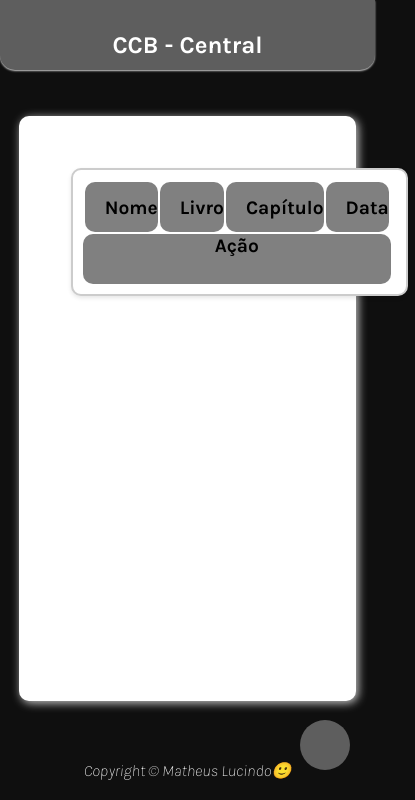
Repository: Matheus904-12/API-da-CCB
Page: index.html
An editor plug-in stored every save of this project. The page is shown before and after the next save, followed by the edit.
The browser window is 375 px wide. The page is 410 px wide, then 415 px, so the pictures cover 415 px, including what lies to the right of the window. The pictures show the whole page.

Above is the page before, as saved 2024-01-14 01:30:45.

### index.html
<!DOCTYPE html>
<html lang="pt-BR">

<head>
    <meta charset="UTF-8">
    <meta http-equiv="X-UA-Compatible" content="IE=edge">
    <meta name="viewport" content="width=device-width, initial-scale=1.0">
    <link rel="preconnect" href="https://fonts.gstatic.com">
    <link href="https://fonts.googleapis.com/css2?family=Karla:ital,wght@0,400;0,700;1,200;1,800&display=swap"
        rel="stylesheet">
    <link rel="stylesheet" href="principal.css">
    <link rel="stylesheet" href="botao.css">
    <link rel="stylesheet" href="registros.css">
    <link rel="stylesheet" href="modal.css">
    <link rel="stylesheet" href="chat.css">
    <script src="script.js" defer></script>
    <title>CCB - Central</title>
</head>

<body>
    <header>

        <h1 class="header-title">CCB - Central</h1>
    </header>
    <br>
    <br>
    <br>
    <br>
    <main>
        <button type="button" class="button blue mobile" id="cadastrarCliente">Adicionar Recitativo</button>
        <table id="tableClient" class="records">
            <thead>
                <tr>
                    <th>Nome</th>
                    <th>Livro</th>
                    <th>Capítulo</th>
                    <th>Data</th>
                    <th>Ação</th>
                </tr>
            </thead>
            <tbody>

            </tbody>
        </table>
        <div class="modal" id="modal">
            <div class="modal-content">
                <header class="modal-header">
                    <h2>Recitativo</h2>
                    <span class="modal-close" id="modalClose">&#10006;</span>
                </header>
                <form id="form" class="modal-form">


                    <input type="text" id="nome" data-index="new" class="modal-field" placeholder="Nome"
                        required>

                    <input type="text" id="livro" class="modal-field" placeholder="Livro" required>

                    <input type="number" id="capitulo" class="modal-field" placeholder="Capítulo" required>

                    <input type="number" id="versiculo" class="modal-field" placeholder="Versículo" required>

                    <input type="date" id="data" class="modal-field" placeholder="Data" required>

                    <label for="auxiliar">Auxiliar</label>
                        <select id="auxiliar" class="modal-field">
                            <option value="none">Nenhum</option>
                            <option value="aline">Aline Gomes Santos</option>
                            <option value="alfredo">Alfredo Bruske Schuster</option>
                            <option value="alef">Alef Vinicius</option>
                            <option value="jose">José Victor Zeller Gonçalves</option>
                            <option value="jonas">Jonas Amorim Lopes da Silva</option>
                            <option value="loraine">Loraine de Assis Souza</option>
                            <option value="natalia">Natália de Sena Marques</option>
                        </select>


                </form>
                <footer class="modal-footer">
                    <button id="salvar" class="button green">Salvar</button>
                    <button id="cancelar" class="button blue">Cancelar</button>
                </footer>
            </div>
        </div>
    </main>
    <footer>
        Copyright &copy; Matheus Lucindo🙂
    </footer>
</body>

</html>

### principal.css
*{
    padding: 0;
    margin: 0;
    box-sizing: border-box;
}

:root{
    --primary-color: #5e5e5e;
    --secundary-color: #bdbd00;
    --shadow-color: #CCC;
    --text-color: #FFF;
}

body{
    min-height: 100vh;
    display: flex;
    flex-direction: column;
    font-family: 'karla', sans-serif;
    position:relative;
    background-color: #0f0f0f;
}

header{
    background-color: var(--primary-color);
    height: 70px;
    text-align: center;
    line-height: 70px;
    box-shadow: 0 1px 2px var(--shadow-color);
    border-radius: 0px 0px 15px 15px;
}

.header-title{
    color: white;
    font-size: 2rem;
}

main{
    flex-grow: 1;
    display: flex;
    flex-direction: column;
    align-items: flex-start;
    width: 90%;
    margin: 5vh auto;
    padding: 50px;
    box-shadow: 2px 2px 10px var(--shadow-color);
    gap: 20px;
    border-radius: 10px;
    background-color: #ffffff;
}

main, th {
}

footer{
    width:100;
    text-align: center;
    font-weight: 200;
    font-style: italic;
    padding: 20px;
    color: white;
}

### botao.css
.button{
    border-style: none;
    height: 40px;
    padding: 6px 12px;
    background-color: black;
    color: white;
    font-size: 1rem;
    cursor: pointer;
    transition: box-shadow .6s ease;
    border-radius: 10px;
}

.button.blue{
    background-color: #bdbd00;
}

button.green{
    background-color: #13CE66;
}

button.red{
    background-color: #FF4949;
}

.button:hover{
    box-shadow: inset 200px 0 0 #00000055;
}

/* Estilização da barra de rolagem */
::-webkit-scrollbar {
    width: 12px; /* Largura da barra de rolagem */
    border-radius: 10px;
}

::-webkit-scrollbar-thumb {
    background-color: #dbc834; /* Cor do polegar da barra de rolagem */
    border-radius: 100px; /* Borda do polegar da barra de rolagem */
}

::-webkit-scrollbar-track {
    display: none;
}

::-webkit-scrollbar-thumb:hover {
    background-color: #bdbd00; /* Cor do polegar da barra de rolagem ao passar o mouse sobre ele */
}

### registros.css
.records{
    width: 100%;
    user-select: none;
    text-align: left;
}

.records th{
    height: 50px;
    background-color:gray;
    padding-left: 20px;
    font-size: 1.2rem;
    border-radius: 10px;
}
.records td{
    height: 50px;
    padding-left: 20px;
    border-radius: 10px;
}

.records th:last-child,
.records td:last-child{
    padding: 0;
    min-width: 140px;
    text-align: center;
}

.records tr:hover{
    background-color: var(--secundary-color);
}

.records tr {
    border-radius: 10px;
}

### modal.css
.modal{
    position: fixed;
    top:0;
    left:0;
    width: 100%;
    height: 100%;
    background: #00000090;
    opacity: 0;
    z-index: -1;
}

.modal.active{
    opacity: 1;
    z-index: 1;
}

.modal-content{
    display: flex;
    flex-direction: column;
    gap:20px;
    width: 50vw;
    margin: 15vh auto;
    padding-bottom: 20px;
    background-color: white;
    box-shadow: 1px 1px 10px black;
    border-radius: 15px;
}

.modal-header{
    display: flex;
    position: relative;
    justify-content: center;
    height: 40px;
    line-height: 40px;
    font-size: 1rem;
    border-radius: 10px;
}

.modal-header, #h2 {
    color: white
}

.modal-close{
    position: absolute;
    right: 0;
    display: block;
    width: 40px;
    height: 40px;
    text-align: center;
    user-select: none;
    cursor: pointer;
    border-radius: 10px;
}

.modal-close:hover{
    background-color: #FF4949;
    color: white;
}

.modal-form{
    display: flex;
    justify-content: space-between;
    flex-wrap: wrap;
    gap: 20px;
    padding: 0 20px;
}

.modal-field{
    width: calc(50% - 10px);
    height: 40px;
    outline-style: none;
    border-style: none;
    box-shadow: 0 0 2px black;
    padding: 0 10px;
    font-size:1rem;
    border-radius: 10px;
}

.modal-field:focus{
    border: 2px solid var(--primary-color);
    box-shadow: 0 0 3px var(--primary-color);
}


.modal-footer{
    background-color: inherit;
    text-align: right;
    padding: 0 20px;
}

### chat.css
@media (max-width: 480px) {
    header {
        position: fixed;
        width: 100%;
        background-color: var(--primary-color);
        z-index: 1000;
    }

    .header-title {
        font-size: 1.5rem;
        color: white;
        padding: 10px;
        text-align: center;
    }

    .button.mobile {
        font-size: 0;
        width: 50px;
        height: 50px;
        border-radius: 50%;
        position: fixed;
        top: 90vh;
        left: 80vw;
        background-color: var(--primary-color);
        border: none;
        display: flex;
        align-items: center;
        justify-content: center;
        z-index: 1001;
    }

    .button.mobile img {
        width: 60%;
        height: 60%;
        filter: invert(1);
    }

    .records th.mobile,
    .records td.mobile {
        display: none;
    }

    .records tr {
        border-radius: 10px;
        display: block;
        margin-bottom: 20px;
        border: 2px solid #ccc;
        background-color: white;
        box-shadow: 0 2px 4px rgba(0, 0, 0, 0.1);
        padding: 10px;
        padding-right: 15px;
    }

    .records td {
        display: flex;
        flex-wrap: wrap;
        justify-content: space-between;
        margin: 10px 0;
    }

    .records th:last-child,
    .records td:last-child {
        padding: 0;
        min-width: 140px;
        text-align: center;
        display: block;
        margin: 0 auto;
    }

    .modal {
        top: 100%;
        transition: all 1s ease;
        background-color: rgba(0, 0, 0, 0.5);
        display: flex;
        align-items: center;
        justify-content: center;
    }

    .modal.active {
        top: 0;
    }

    .modal-content {
        margin: 0;
        width: 90%;
        max-width: 400px;
        background-color: white;
        box-shadow: 0 2px 4px rgba(0, 0, 0, 0.1);
        border-radius: 10px;
        padding: 20px;
        position: relative;
    }

    .modal-field {
        width: 100%;
        margin-bottom: 15px;
        padding: 10px;
        border: 1px solid #ccc;
        border-radius: 5px;
        box-sizing: border-box;
    }
}

### script.js
'use strict'

const openModal = () => document.getElementById('modal')
    .classList.add('active')

const closeModal = () => {
    clearFields()
    document.getElementById('modal').classList.remove('active')
}


const getLocalStorage = () => JSON.parse(localStorage.getItem('db_client')) ?? []
const setLocalStorage = (dbClient) => localStorage.setItem("db_client", JSON.stringify(dbClient))

// CRUD - create read update delete
const deleteClient = (index) => {
    const dbClient = readClient()
    dbClient.splice(index, 1)
    setLocalStorage(dbClient)
}

const updateClient = (index, client) => {
    const dbClient = readClient()
    dbClient[index] = client
    setLocalStorage(dbClient)
}

const readClient = () => getLocalStorage()

const createClient = (client) => {
    const dbClient = getLocalStorage()
    dbClient.push (client)
    setLocalStorage(dbClient)
}

const isValidFields = () => {
    return document.getElementById('form').reportValidity()
}

//Interação com o layout

const clearFields = () => {
    const fields = document.querySelectorAll('.modal-field')
    fields.forEach(field => field.value = "")
    document.getElementById('nome').dataset.index = 'new'
    document.querySelector(".modal-header>h2").textContent  = 'Novo Versículo'
}

const saveClient = () => {
    if (isValidFields()) {
        const client = {
            auxiliar: document.getElementById('auxiliar').value,
            nome: document.getElementById('nome').value,
            livro: document.getElementById('livro').value,
            capitulo: document.getElementById('capitulo').value,
            versiculo: document.getElementById('versiculo').value,
            data: document.getElementById('data').value
        }
        const index = document.getElementById('nome').dataset.index;
        if (index == 'new') {
            createClient(client);
            updateTable();
            closeModal();
        } else {
            updateClient(index, client);
            updateTable();
            closeModal();
        }
    }
}

const createRow = (client, index) => {
    const newRow = document.createElement('tr')
    newRow.innerHTML = `

        <td>${client.nome}</td>
        <td>${client.livro}</td>
        <td>${client.capitulo}</td>
        <td>${client.data}</td>
        <td>
            <button type="button" class="button green" id="edit-${index}">Editar</button>
            <button type="button" class="button red" id="delete-${index}" >Excluir</button>
        </td>
    `
    document.querySelector('#tableClient>tbody').appendChild(newRow)
}

const clearTable = () => {
    const rows = document.querySelectorAll('#tableClient>tbody tr')
    rows.forEach(row => row.parentNode.removeChild(row))
}

const updateTable = () => {
    const dbClient = readClient()
    clearTable()
    dbClient.forEach(createRow)
}

const fillFields = (client) => {
    document.getElementById('auxiliar').value = client.auxiliar
    document.getElementById('nome').value = client.nome
    document.getElementById('livro').value = client.livro
    document.getElementById('capitulo').value = client.capitulo
    document.getElementById('versiculo').value = client.versiculo
    document.getElementById('data').value = client.data
    document.getElementById('nome').dataset.index = client.index
}

const editClient = (index) => {
    const client = readClient()[index]
    client.index = index
    fillFields(client)
    document.querySelector(".modal-header>h2").textContent  = `Editando ${client.nome}`
    openModal()
}

const editDelete = (event) => {
    if (event.target.type == 'button') {

        const [action, index] = event.target.id.split('-')

        if (action == 'edit') {
            editClient(index)
        } else {
            const client = readClient()[index]
            const response = confirm(`Deseja realmente excluir o cliente ${client.nome}`)
            if (response) {
                deleteClient(index)
                updateTable()
            }
        }
    }
}

updateTable()

// Eventos
document.getElementById('cadastrarCliente')
    .addEventListener('click', openModal)

document.getElementById('modalClose')
    .addEventListener('click', closeModal)

document.getElementById('salvar')
    .addEventListener('click', saveClient)

document.querySelector('#tableClient>tbody')
    .addEventListener('click', editDelete)

document.getElementById('cancelar')
    .addEventListener('click', closeModal)

After the next save:
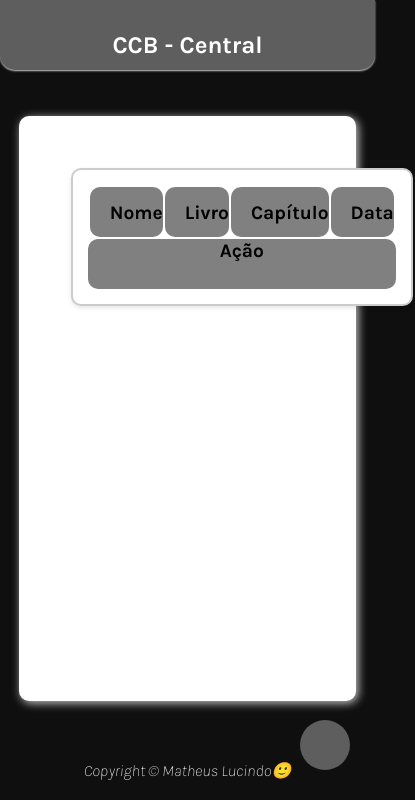
Saved 18 s later.
--- a/chat.css
+++ b/chat.css
@@ -48,7 +48,7 @@
         background-color: white;
         box-shadow: 0 2px 4px rgba(0, 0, 0, 0.1);
         padding: 10px;
-        padding-right: 15px;
+        padding: 15px;
     }
 
     .records td {
